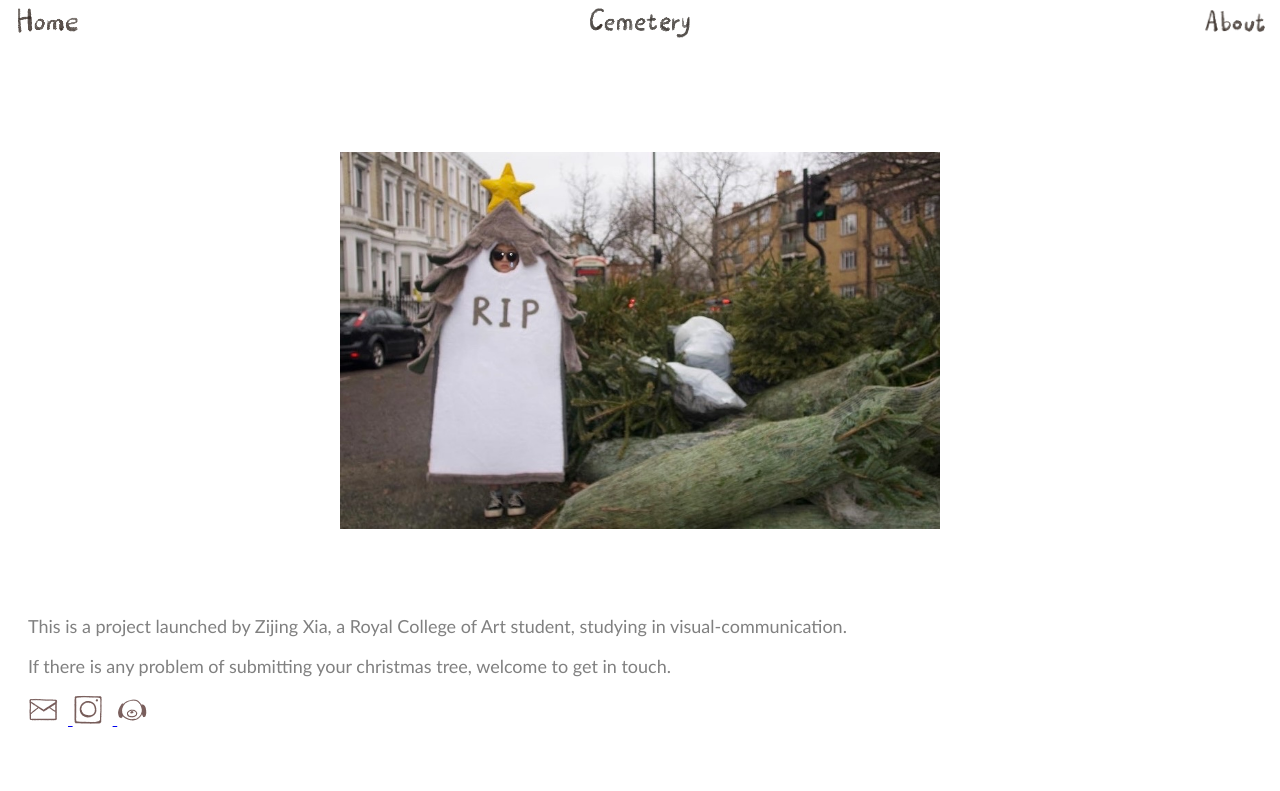
Repository: FuugaMo/ByeByeChristmasTree.github.io
Page: about.html
The author's editor kept a copy of each file at every save. The page is drawn from the files as they stood at one save, then again after the next save.
The browser window is 1280 px wide. The pictures show the whole page.

Above is the page before, as saved 2023-08-01 21:47:37.

After the next save:
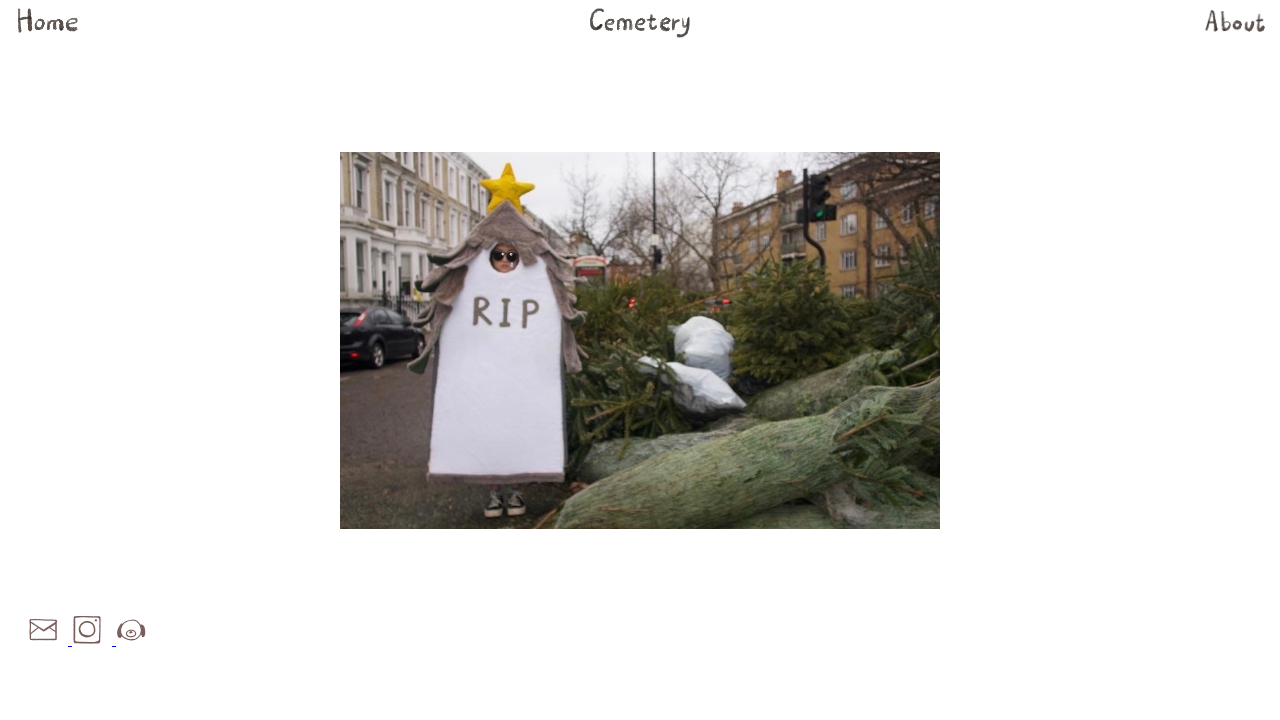
Saved 23 s later.
--- a/about.html
+++ b/about.html
@@ -68,40 +68,29 @@
     <br>
     <br>
     <div class="text2">
-        <p1>
-            This is a project launched by Zijing Xia, a Royal College of Art student, studying in visual-communication.
-        </p1>
-        <br>
-        <br>
-        <p1> If there is any problem of submitting your christmas tree, welcome to get in touch.
-        </p1>
-        <br>
-        <br>
-        <p2>
-            <a href="https://bagegoo@126.com">
-                <img
-                    class="link"
-                    src="./Image/Mail.jpg"
-                    alt="Mail Icon"
-                >
-            </a>
-            <a href="https://www.instagram.com/bagegoo/">
-                <img
-                    class="link"
-                    src="./Image/Ins.jpg"
-                    alt="Instagram Icon"
-                >
-            </a>
-            <a href="https://bagegoo.com">
-                <img
-                    class="link"
-                    src="./Image/Dog.jpg"
-                    alt="Website Icon"
-                >
-            </a>
-        </p2>
+        <a href="https://bagegoo@126.com">
+            <img
+                class="link"
+                src="./Image/Mail.jpg"
+                alt="Mail Icon"
+            >
+        </a>
+        <a href="https://www.instagram.com/bagegoo/">
+            <img
+                class="link"
+                src="./Image/Ins.jpg"
+                alt="Instagram Icon"
+            >
+        </a>
+        <a href="https://bagegoo.com">
+            <img
+                class="link"
+                src="./Image/Dog.jpg"
+                alt="Website Icon"
+            >
+        </a>
+
 
     </div>
-    <br><br><br>
-    </div>
+
 </body>
